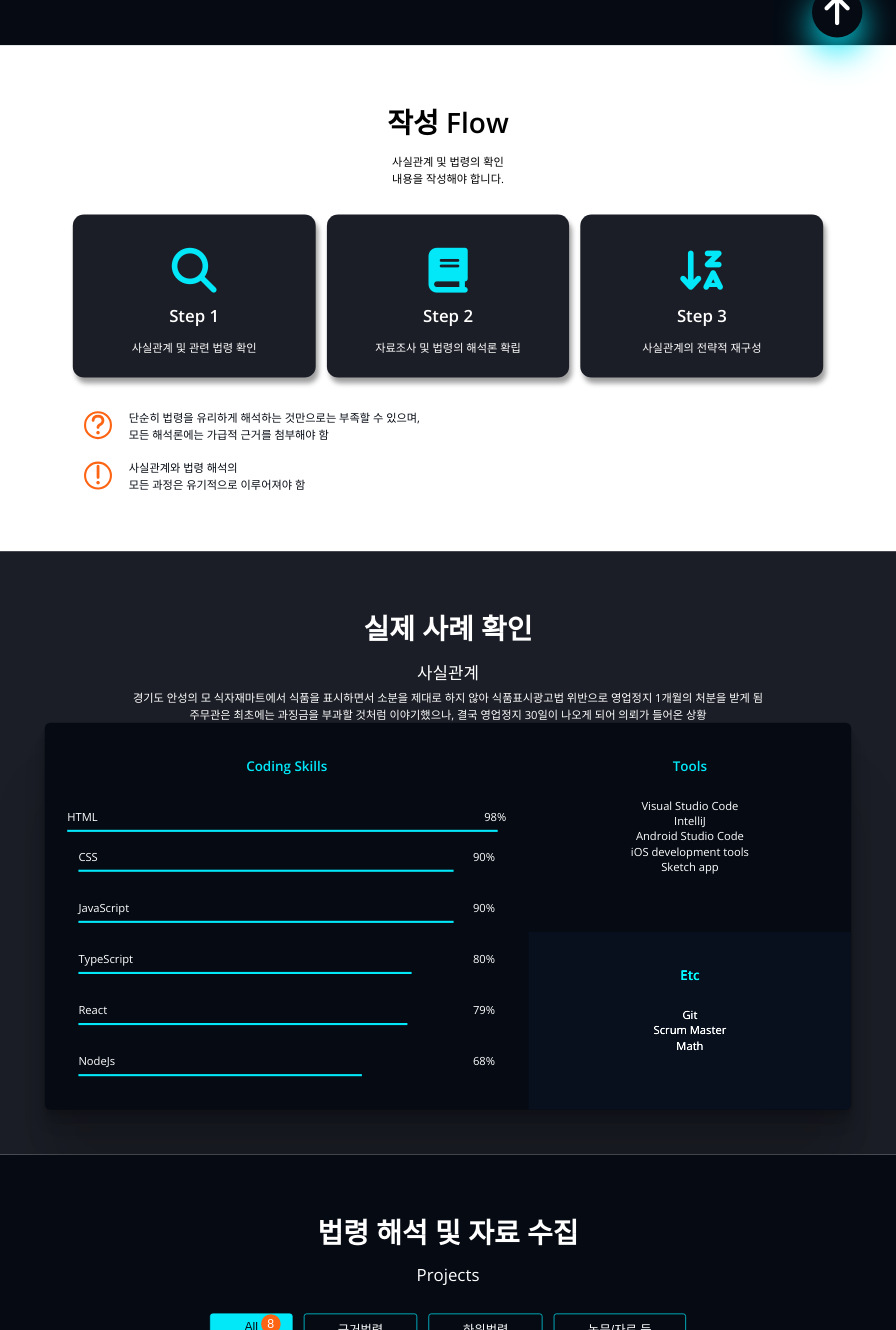
Repository: eggmoon/eggmoon_new
Page: index.html
These files come from the project's save history. The page is drawn as it stood at one moment and after a run of saves; the edit follows.
The browser window is 1280 px wide. The pictures show the part of the page from y = 618 to 2518 px (the page is 4334 px tall before and 4294 px after), at 70% of full size.
A picture or video elsewhere on the page could not be fetched, so the positions and the page height are approximate. Some web libraries are served in a nearby version.

Above is the page before, as saved 2025-02-26 18:11:58.
Console error: SyntaxError: Unexpected end of input

After the next 2 saves:
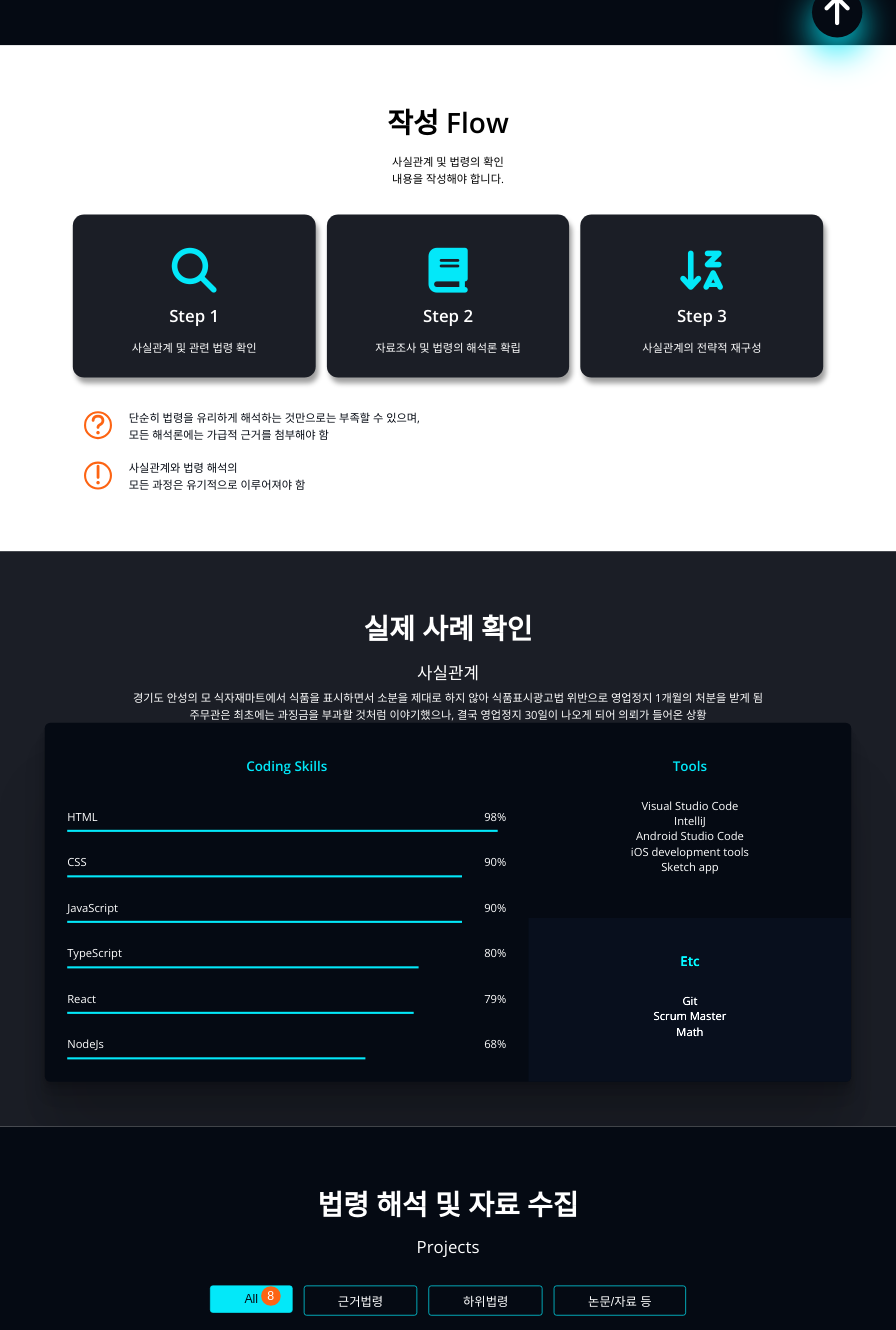
The 2 saves are shown as one change because they came seconds apart.
The last was saved 23 s later.
--- a/index.html
+++ b/index.html
@@ -110,7 +110,7 @@
           <div class="skills-container">
             <section class="skills__rule">
               <h3 class="skills__title">Coding Skills</h3>
-              <ul황
+              <ul>
                 <li class="bar">
                   <div class="bar__metadata"><span>HTML</span><span>98%</span></div>
                   <div><div class="bar__value bar__bg" style="width: 98%"></div></div>
